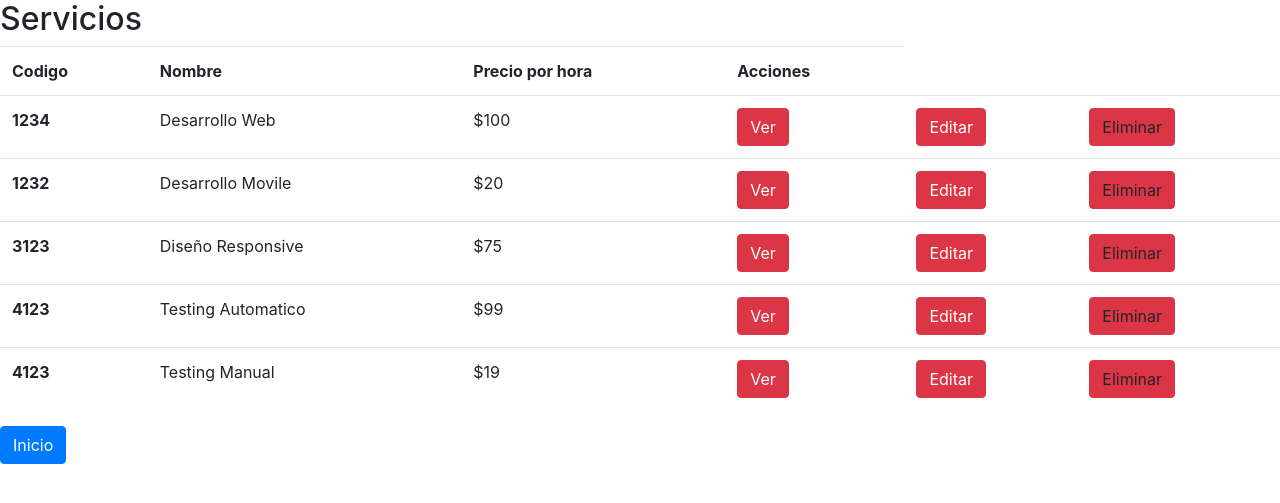
Repository: Alemartinez97/New-Repository
Page: programacion-3/tp4/servicios/servicio.html
The author's editor kept a copy of each file at every save. The page is drawn from the files as they stood at one save, then again after the next save.
The browser window is 1280 px wide. The pictures show the whole page.

Above is the page before, as saved 2020-06-11 16:10:41.

After the next save:
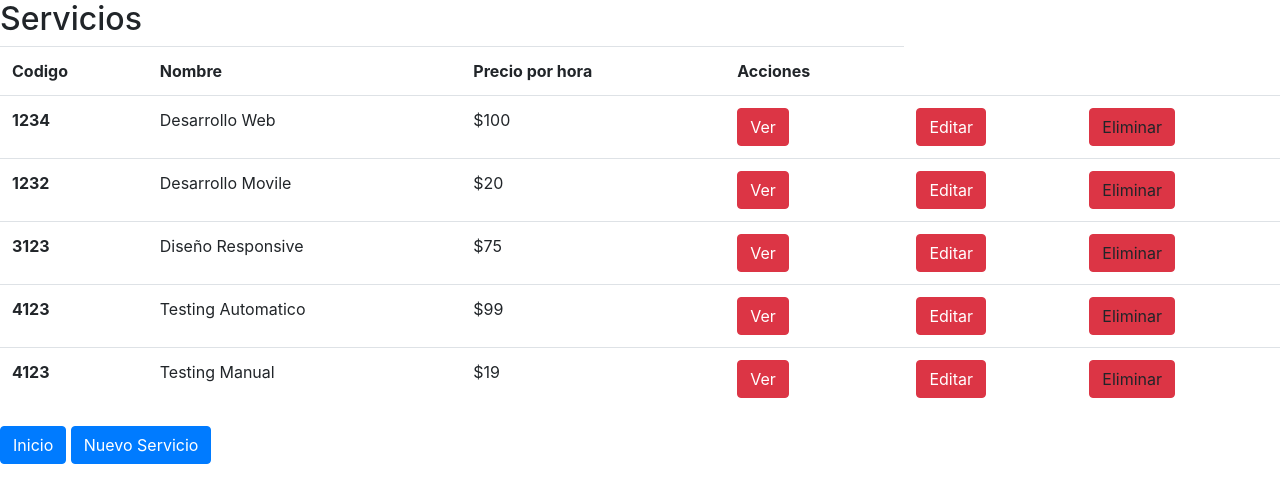
Saved 7 days later.
--- a/programacion-3/tp4/servicios/servicio.html
+++ b/programacion-3/tp4/servicios/servicio.html
@@ -59,5 +59,6 @@
         </tbody>
       </table>
       <a href="../index.html" class="btn btn-primary">Inicio</a>
+      <a href="../servicios/formulario/form.html" class="btn btn-primary">Nuevo Servicio</a>
 </body>
 </html>
